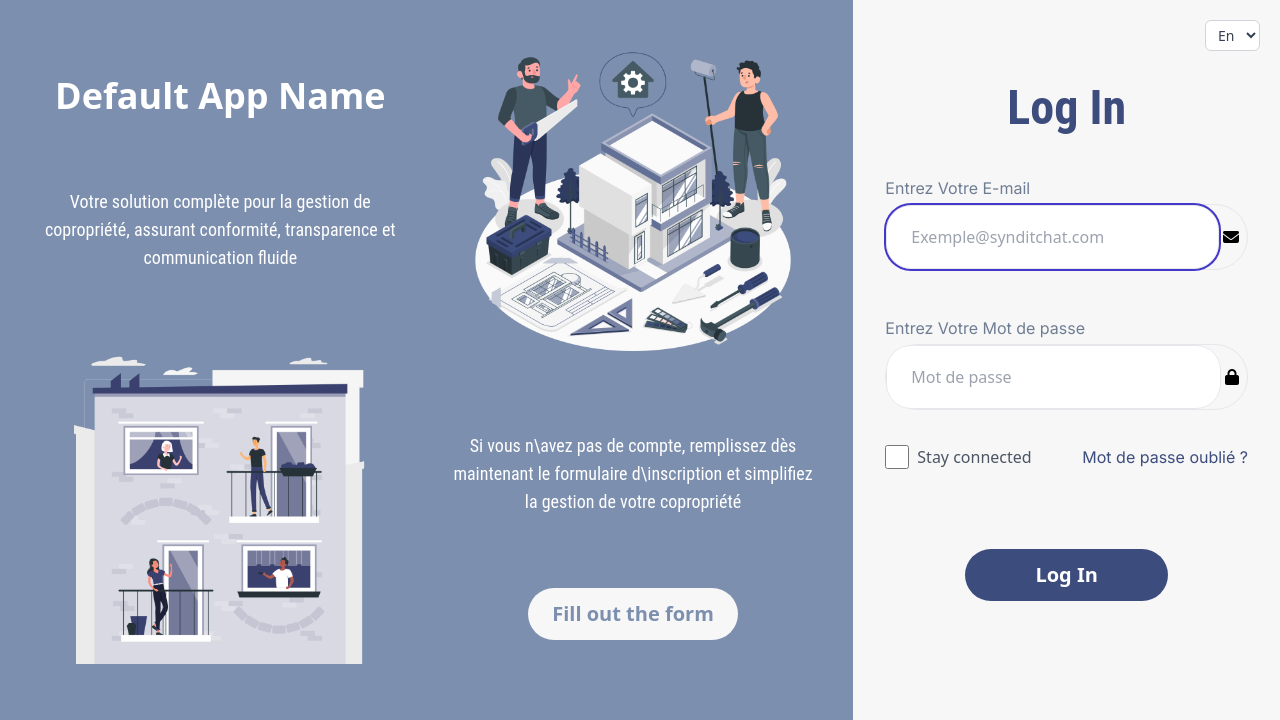
Repository: idir2023/Syndicat-amine
Page: http://localhost/
These files come from the project's save history. The page is drawn as it stood at one moment and after the next save; the edit follows.
The browser window is 1280 px wide. The pictures show the whole page.
Some web libraries are served in a nearby version. The page is served by the project's Laravel application, run on PHP 8.4 with Laravel 12. Other server files are loaded and not shown. Queries for data that is not in the repository find no rows.

Above is the page before, as saved 2024-10-13 10:35:52.

### app/Providers/AppServiceProvider.php
<?php

namespace App\Providers;

use App\Models\Parameter;
use App\Models\Residence;
use Illuminate\Support\Facades\View;
use Illuminate\Support\ServiceProvider;
use Illuminate\Support\Facades\App;
use Illuminate\Support\Facades\Session;

class AppServiceProvider extends ServiceProvider
{
    /**
     * Register any application services.
     */
    public function register(): void
    {
        //
    }

    /**
     * Bootstrap any application services.
     */
    public function boot()
    {
        App::setLocale(Session::get('locale', config('app.locale')));

        // Retrieve the parameters from the database (you can limit to one or handle multiple rows)
        $parameters = Parameter::first();

        // Guard if there are no parameters
        if ($parameters) {
            // Share the parameters with all views if found
            View::share('appParameters', $parameters);
        } else {
            // Optionally, you can share default values if no parameters exist
            View::share('appParameters', (object)[
                'logo' => 'default-logo.png', // Default logo path
                'app_name' => 'Default App Name' // Default app name
            ]);
        }

    }
}

### app/Models/Parameter.php
<?php

namespace App\Models;

use Illuminate\Database\Eloquent\Factories\HasFactory;
use Illuminate\Database\Eloquent\Model;

class Parameter extends Model
{
    use HasFactory;

    protected $fillable = [
        'logo',
        'app_name',
        'copyright',
        'facebook_link',
        'twitter_link',
        'linkedin_link',
        'instagram_link',
    ];
}

### app/Http/Controllers/LocaleController.php
<?php

namespace App\Http\Controllers;

use Illuminate\Http\Request;
use Illuminate\Support\Facades\App;
use Illuminate\Support\Facades\Session;
use Illuminate\Support\Facades\File;

class LocaleController extends Controller
{
    public function __invoke(Request $request)
    {
        $locale = $request->input('locale');

        if (in_array($locale, ['en', 'ar', 'fr', 'es', 'de', 'it'])) {
            Session::put('locale', $locale);
            App::setLocale($locale);
        }

        return redirect()->back();
    }
    public function change(Request $request)
    {
        $locale = $request->input('locale');

        // Store the selected locale in the session
        Session::put('locale', $locale);

        // Change the application locale
        App::setLocale($locale);

        // Redirect back to the previous page or a specific route
        return redirect()->back();
    }




}

### app/Http/Controllers/Auth/AuthenticatedSessionController.php
<?php

namespace App\Http\Controllers\Auth;

use App\Http\Controllers\Controller;
use App\Http\Requests\Auth\LoginRequest;
use App\Models\Residence;
use Illuminate\Http\RedirectResponse;
use Illuminate\Http\Request;
use Illuminate\Support\Facades\Auth;
use Illuminate\Validation\ValidationException;
use Illuminate\View\View;

class AuthenticatedSessionController extends Controller
{
    /**
     * Display the login view.
     */
    public function create(): View
    {
        return view('auth.connect');
    }

    /**
     * Handle an incoming authentication request.
     */
    public function store(LoginRequest $request): RedirectResponse
    {
        $request->authenticate();


        if (!Auth::user()->hasAnyRole(['Super Admin', 'Admin'])) {
            // After authentication, check if the user's residence is active
            $user = Auth::user(); // Get the authenticated user
            $residence = Residence::find($user->residence_id); // Assuming residence_id exists in users table

            // Check if the residence is inactive
            if ($residence && $residence->active == 1) {
                // Log out the user immediately
                Auth::logout();

                // Throw a validation exception with a custom message
                throw ValidationException::withMessages([
                    'residenceInactive' => ['Your residence is inactive. You cannot log in.'],
                ]);
            }
        }


        $request->session()->regenerate();
        // Store login time in session
        $request->session()->put('login_time', now());

        return redirect()->intended(route('index', absolute: false));
    }

    /**
     * Destroy an authenticated session.
     */
    public function destroy(Request $request): RedirectResponse
    {
        Auth::guard('web')->logout();

        $request->session()->invalidate();

        $request->session()->regenerateToken();

        return redirect('/');
    }
}

### resources/views/auth/connect.blade.php
<!doctype html>
<html lang="en">

<head>
    <meta charset="UTF-8" />
    <meta http-equiv="X-UA-Compatible" content="IE=Edge">
    <meta name="viewport" content="width=device-width, initial-scale=1">
    <title>Login Page</title>
    <link rel="preconnect" href="https://fonts.googleapis.com">
    <link rel="preconnect" href="https://fonts.gstatic.com" crossorigin>
    <link href="https://fonts.googleapis.com/css2?family=Inter:wght@400&display=swap" rel="stylesheet">
    <link rel="stylesheet" href="https://cdnjs.cloudflare.com/ajax/libs/font-awesome/6.6.0/css/all.min.css"
        integrity="sha512-Kc323vGBEqzTmouAECnVceyQqyqdsSiqLQISBL29aUW4U/M7pSPA/gEUZQqv1cwx4OnYxTxve5UMg5GT6L4JJg=="
        crossorigin="anonymous" referrerpolicy="no-referrer" />
    <script src="https://cdn.tailwindcss.com"></script>
</head>

<body>
    <div class="flex flex-col md:flex-row min-h-screen">
        <!-- Left Section -->
        <div class="w-2/3 flex flex-col md:flex-row bg-[#7d8fae] p-10 space-y-8 md:space-y-0 md:space-x-8">
            <!-- Left Section -->
            <div class="flex-1 flex flex-col items-center text-center md:text-left space-y-6 mt-9 mr-5">

                @if (isset($appParameters))


             <h2 class="text-4xl font-bold text-white">{{ $appParameters->app_name ?? '' }}</h2>
                @endif
                <p
                    class="text-lg text-white text-center py-12 font-['Fredoka_One','Roboto_Condensed'] font-normal text-[30px]">

                    {{__('Votre solution complète pour la gestion de copropriété, assurant conformité, transparence et
                    communication fluide')}}
                </p>
                <div class="w-80 h-auto">
                    <img src="{{ asset('assets/images/neighbours_on_balconies_or_windows_during_coronavirus_rafiki_1.png') }}"
                        alt="Illustration">
                </div>
            </div>

            <!-- Right Section -->
            <div class="flex-1 flex flex-col items-center text-center md:text-left space-y-6">
                <div class="w-80 h-auto">
                    <img src="{{ asset('assets/images/build_your_home_amico_11.png') }}" alt="Illustration">
                </div>
                <p
                    class="text-lg text-white text-center py-12 font-['Fredoka_One','Roboto_Condensed'] font-normal text-[30px]">

                    {{__('Si vous n\avez pas de compte, remplissez dès maintenant le formulaire d\inscription et simplifiez la
                    gestion de votre copropriété') }}
                </p>
                <button class="bg-[#F7F7F7] text-[#7d8fae] py-3 px-6 rounded-full font-bold text-xl hover:bg-[#cbc9c9]">
                    <a href="{{ route('formRegister') }}"> {{ __('Remplir le formulaire') }}</a>
                </button>
            </div>
            {{-- <div class="w-full flex flex-row justify-between mt-6">
                <div class="m-4 inline-block break-words font-['Inter'] font-normal text-[12px] text-[#9EAFCE]">
                    Copyrights © 2024, Synditchat. All Rights Reserved.
                </div>
                <div class="flex flex-row box-sizing-border">
                    <div
                        class="rounded-[15px] bg-[#9EAFCE] relative m-[0_20px_0_0] flex p-[7px_7px_7px_7px] w-[30px] h-[30px] box-sizing-border">
                        <i class="fa-brands fa-facebook text-white"></i>
                    </div>
                    <div
                        class="rounded-[15px] bg-[#9EAFCE] relative m-[0_20px_0_0] flex p-[7px_7px_7px_7px] w-[30px] h-[30px] box-sizing-border">
                        <i class="fa-brands fa-instagram text-white"></i>
                    </div>
                    <div
                        class="rounded-[15px] bg-[#9EAFCE] relative m-[0_20px_0_0] flex p-[7px_7px_7px_7px] w-[30px] h-[30px] box-sizing-border">
                        <i class="fa-brands fa-linkedin text-white"></i>
                    </div>
                    <div
                        class="rounded-[15px] bg-[#9EAFCE] relative m-[0_20px_0_0] flex p-[7px_7px_7px_7px] w-[30px] h-[30px] box-sizing-border">
                        <i class="fa-brands fa-twitter text-white"></i>
                    </div>
                    <div
                        class="rounded-[15px] bg-[#9EAFCE] relative m-[0_20px_0_0] flex p-[7px_7px_7px_7px] w-[30px] h-[30px] box-sizing-border">
                        <i class="fa-brands fa-whatsapp text-white"></i>
                    </div>
                </div>
            </div> --}}
        </div>



        <!-- Right Section -->
        <div class="w-full md:w-1/3 bg-[#F7F7F7] p-8 flex flex-col justify-center items-center">
            <div class="absolute top-5 right-5">
                <form action="{{ route('locale.change') }}" method="POST" class="inline-block">
                    @csrf
                    <select name="locale" onchange="this.form.submit()" class="border border-gray-300 rounded-md py-1 px-2 bg-white text-gray-700 focus:outline-none focus:ring-1 focus:ring-blue-500 focus:border-transparent text-sm">
                        <option value="en"{{ app()->getLocale() == 'en' ? ' selected' : '' }}>En</option>
                        <option value="fr"{{ app()->getLocale() == 'fr' ? ' selected' : '' }}>Fr</option>
                    </select>
                </form>
            </div>

            <h2
                class="text-4xl font-bold mb-8
            font-['Fredoka_One','Roboto_Condensed'] text-[48px] text-[#3C4C7C]">
            {{ __('Se Connecter') }}
            </h2>

            <!-- Session Status -->
            <x-auth-session-status class="mb-4" :status="session('status')" />

            <form class="space-y-4 w-full max-w-md" action="{{ route('login') }}" method="POST">
                @csrf
                <div>
                    <label
                        class="block mb-1
                    font-['Inter'] font-medium text-[16px] text-[#6F7D93]">  {{ __('Entrez
                        Votre E-mail ') }}</label>
                    <div class="flex items-center border rounded-[80px]">
                        <x-text-input id="email" class="focus:ring-indigo-700" type="email" name="email"
                            :value="old('email')" required autofocus autocomplete="username"
                            placeholder="Exemple@synditchat.com" />
                        <i class="fa-solid fa-envelope ml-1 pr-2 h-4 w-auto"></i>

                    </div>
                    <!-- Email Error -->
                    <x-input-error :messages="$errors->get('email')" class="mt-2" />
                </div>

                <div class="h-[3%]"></div>
                <div>
                    <label
                        class="block mb-1
                    font-['Inter'] font-medium text-[16px] text-[#6F7D93]">{{ __('Entrez
                        Votre Mot de passe') }}</label>
                    <div class="flex items-center border rounded-[80px]">
                        <x-text-input id="password" class="focus:ring-indigo-700" type="password" name="password"
                            required autocomplete="current-password" placeholder="Mot de passe" />
                        <i class="fa-solid fa-lock ml-1 pr-2 h-4 w-auto"></i>
                    </div>
                    <!-- Password Error -->
                    <x-input-error :messages="$errors->get('password')" class="mt-2" />
                </div>
                <div class="h-[0.5%]"></div>
                <div>

                    <div class="flex items-center justify-between">
                        <div class="flex items-center space-x-2">
                            <input id="remember_me" type="checkbox"
                                class="h-6 w-6 rounded-[25px] text-[#3C4C7C] font-semibold focus:ring-blue-500 border-[#3C4C7C]"
                                name="remember">
                            <label for="remember_me" class="text-gray-600">{{ __('Restez connecté') }}</label>
                        </div>

                        @if (Route::has('password.request'))
                            <a href="{{ route('password.request') }}"
                                class="break-words font-['Inter'] font-medium text-[16px] text-[#3C4C7C]">{{ __('Mot de passe
                                oublié ?') }}</a>
                        @endif
                    </div>
                    <div class="mb-22 p-20">
                        <button type="submit"
                            class="w-full bg-[#3C4C7C] hover:bg-[#3e569b] text-white
                                py-3 px-6 rounded-full font-bold text-xl">{{ __('Connexion') }}</button>
                    </div>

            </form>
        </div>
    </div>


    <!-- Modal Structure -->
    <div id="errorModal" class="fixed z-50 inset-0 flex items-center justify-center hidden bg-black bg-opacity-50">
        <div class="bg-white rounded-lg shadow-lg p-6 max-w-sm w-full relative">
            <div class="flex justify-between items-center">
                <h2 class="text-lg text-[#3C4C7C] font-semibold">{{ __('Erreur de connexion') }}</h2>
                <button type="button" id="closeModalBtn" class="text-gray-500 hover:text-gray-700 close-modal-btn"
                    aria-label="Close">
                    &times;
                </button>
            </div>
            <div class="my-[2.5rem]">
                <!-- Display the custom residence inactive error -->
                @if ($errors->has('residenceInactive'))
                    {{-- <p class="text-sm text-[#6F7D93]">{{ $errors->first('residenceInactive') }}</p> --}}
                    {{-- <p class="text-sm text-[#6F7D93]">Your residence account is currently inactive, and you're unable to log in. Please contact the residence staff for further information.</p> --}}
                    <p class="text-sm text-[#6F7D93]">
                        {{ __('Votre compte résidence est actuellement inactif et vous ne pouvez pas vous connecter.
                        Veuillez contacter le personnel de votre résidence pour plus d\'informations.') }}
                    </p>

                @endif
            </div>
            <div>
                <button type="button" id="closeModalBtnFooter"
                    class="w-full bg-[#3C4C7C] hover:bg-[#3e569b] text-white py-1 px-6 rounded-full font-bold text-lg">OK</button>
            </div>
        </div>
    </div>

    <script>
        // Check if there are any custom errors and trigger the modal
        @if ($errors->has('residenceInactive'))
            document.getElementById('errorModal').classList.remove('hidden');
        @endif

        // Get modal and close button elements
        var errorModal = document.getElementById('errorModal');
        var closeModalBtn = document.getElementById('closeModalBtn');
        var closeModalBtnFooter = document.getElementById('closeModalBtnFooter');

        // Close modal when clicking the close button in the header
        closeModalBtn.addEventListener('click', function() {
            errorModal.classList.add('hidden');
        });

        // Close modal when clicking the close button in the footer
        closeModalBtnFooter.addEventListener('click', function() {
            errorModal.classList.add('hidden');
        });

        // Close modal when clicking outside the modal content (overlay area)
        window.addEventListener('click', function(e) {
            if (e.target === errorModal) {
                errorModal.classList.add('hidden');
            }
        });
    </script>


</body>

</html>

### resources/views/components/text-input.blade.php
@props(['disabled' => false])

<input {{ $disabled ? 'disabled' : '' }} {!! $attributes->merge(['class' => 'w-full h-16 px-6 py-2 border rounded-[25px] focus:outline-none focus:ring-2 focus:ring-indigo-700']) !!}>

Loaded but not shown: app/Http/Controllers/Controller.php (common file); routes/auth.php (common file); app/Http/Controllers/Auth/EmailVerificationPromptController.php (common file); app/Http/Controllers/Auth/VerifyEmailController.php (common file); resources/views/components/auth-session-status.blade.php (common file); resources/views/components/input-error.blade.php (common file); resources/lang/en.json (196 lines, source omitted); routes/web.php (167 lines, source omitted)

After the next save:
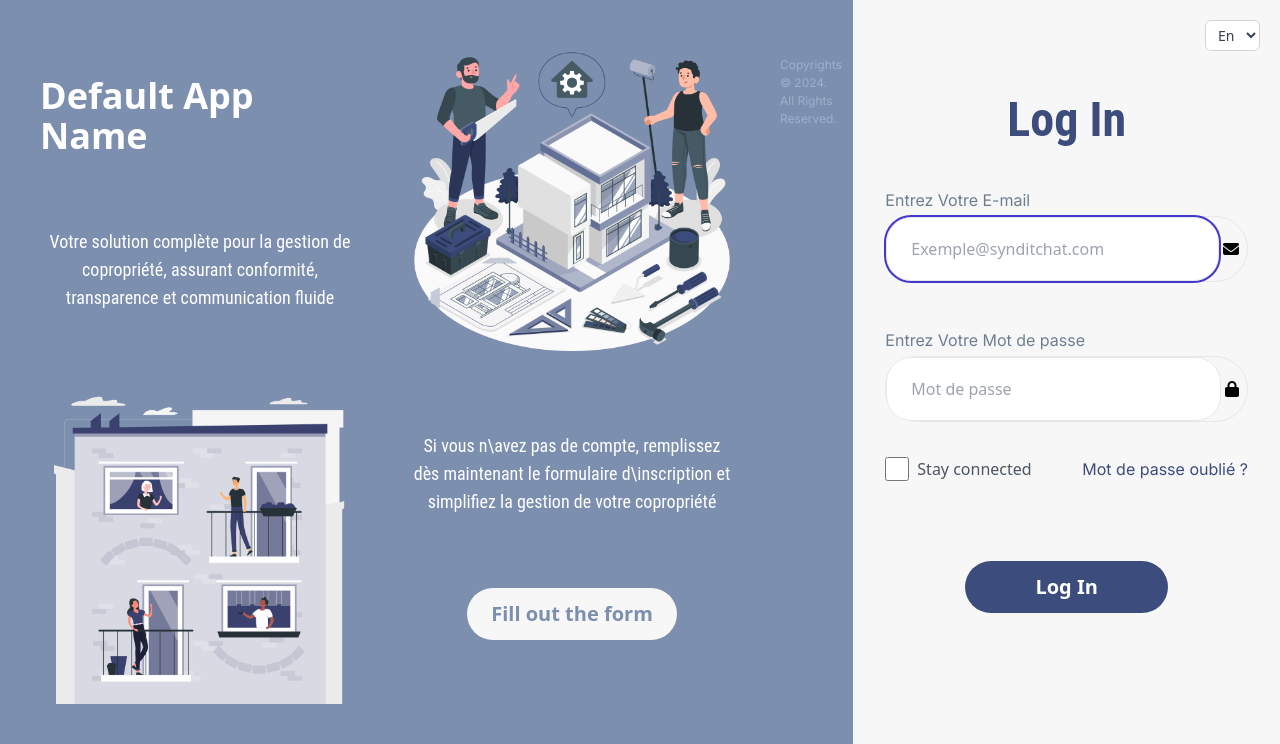
Saved 2 min 44 s later.
--- a/resources/views/auth/connect.blade.php
+++ b/resources/views/auth/connect.blade.php
@@ -54,33 +54,47 @@
                     <a href="{{ route('formRegister') }}"> {{ __('Remplir le formulaire') }}</a>
                 </button>
             </div>
-            {{-- <div class="w-full flex flex-row justify-between mt-6">
+            <div class="w-full flex flex-row justify-between mt-6">
                 <div class="m-4 inline-block break-words font-['Inter'] font-normal text-[12px] text-[#9EAFCE]">
-                    Copyrights © 2024, Synditchat. All Rights Reserved.
+                    @if(!empty($appParameters->copyright))
+                        Copyrights © {{ $appParameters->copyright }}. All Rights Reserved.
+                    @else
+                        Copyrights © {{ date('Y') }}. All Rights Reserved.
+                    @endif
+
+
                 </div>
                 <div class="flex flex-row box-sizing-border">
-                    <div
-                        class="rounded-[15px] bg-[#9EAFCE] relative m-[0_20px_0_0] flex p-[7px_7px_7px_7px] w-[30px] h-[30px] box-sizing-border">
-                        <i class="fa-brands fa-facebook text-white"></i>
-                    </div>
-                    <div
-                        class="rounded-[15px] bg-[#9EAFCE] relative m-[0_20px_0_0] flex p-[7px_7px_7px_7px] w-[30px] h-[30px] box-sizing-border">
-                        <i class="fa-brands fa-instagram text-white"></i>
-                    </div>
-                    <div
-                        class="rounded-[15px] bg-[#9EAFCE] relative m-[0_20px_0_0] flex p-[7px_7px_7px_7px] w-[30px] h-[30px] box-sizing-border">
-                        <i class="fa-brands fa-linkedin text-white"></i>
-                    </div>
-                    <div
-                        class="rounded-[15px] bg-[#9EAFCE] relative m-[0_20px_0_0] flex p-[7px_7px_7px_7px] w-[30px] h-[30px] box-sizing-border">
-                        <i class="fa-brands fa-twitter text-white"></i>
-                    </div>
-                    <div
-                        class="rounded-[15px] bg-[#9EAFCE] relative m-[0_20px_0_0] flex p-[7px_7px_7px_7px] w-[30px] h-[30px] box-sizing-border">
-                        <i class="fa-brands fa-whatsapp text-white"></i>
-                    </div>
-                </div>
-            </div> --}}
+                    @if(!empty($appParameters->facebook_link))
+                        <a href="{{ $appParameters->facebook_link }}"
+                            class="rounded-[15px] bg-[#9EAFCE] relative m-[0_20px_0_0] flex p-[7px] w-[30px] h-[30px] box-sizing-border">
+                            <i class="fa-brands fa-facebook text-white"></i>
+                        </a>
+                    @endif
+
+                    @if(!empty($appParameters->instagram_link))
+                        <a href="{{ $appParameters->instagram_link }}"
+                            class="rounded-[15px] bg-[#9EAFCE] relative m-[0_20px_0_0] flex p-[7px] w-[30px] h-[30px] box-sizing-border">
+                            <i class="fa-brands fa-instagram text-white"></i>
+                        </a>
+                    @endif
+
+                    @if(!empty($appParameters->linkedin_link))
+                        <a href="{{ $appParameters->linkedin_link }}"
+                            class="rounded-[15px] bg-[#9EAFCE] relative m-[0_20px_0_0] flex p-[7px] w-[30px] h-[30px] box-sizing-border">
+                            <i class="fa-brands fa-linkedin text-white"></i>
+                        </a>
+                    @endif
+
+                    @if(!empty($appParameters->twitter_link))
+                        <a href="{{ $appParameters->twitter_link }}"
+                            class="rounded-[15px] bg-[#9EAFCE] relative m-[0_20px_0_0] flex p-[7px] w-[30px] h-[30px] box-sizing-border">
+                            <i class="fa-brands fa-twitter text-white"></i>
+                        </a>
+                    @endif
+                </div>
+
+            </div>
         </div>
 
 
